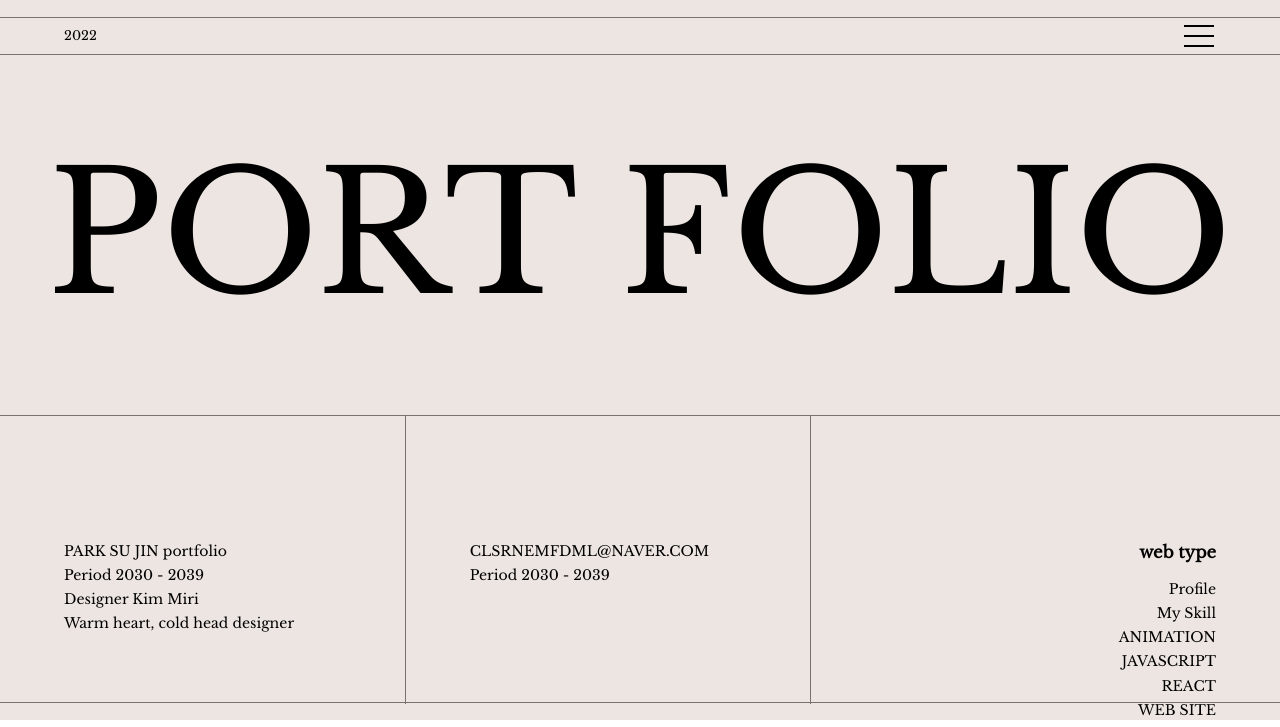
Repository: clsrnemfdml/portfolio_parksj_versiton1
Page: index.html
These files come from the project's save history. The page is drawn as it stood at one moment and after the next save; the edit follows.
The browser window is 1280 px wide. The pictures show the whole page.

Above is the page before, as saved 2021-09-07 07:26:43.

### index.html
<!DOCTYPE html>
<html lang="en">
<head>
    <meta charset="UTF-8">
    <meta http-equiv="X-UA-Compatible" content="IE=edge">
    <meta name="viewport" content="width=device-width, initial-scale=1.0">
    <title>parkjs portfolio</title>
    <meta name="descripsion" content="박수진의 포트폴리오 입니다.">
    <link rel="stylesheet" href="css/reset.css">
    <link rel="stylesheet" href="css/index.css">
    <style> @import url('https://fonts.googleapis.com/css2?family=Libre+Baskerville&display=swap');</style>
    <script src="js/index.js"></script>

</head>
<body>
    <div id="wrap">
        <section id="section1">
            <div class="wrap_portFolio">
                <div class="menu">
                    <p>2022</p>
                    <span>
                    </span>
                </div>
                <div class="content">
                    <h6>PORT FOLIO</h6>
                </div>
                <div class="content_bottom">
                    <div class="rsum1">
                        <p>PARK SU JIN portfolio</p>
                        <p>Period  2030 - 2039</p>
                        <p>Designer   Kim Miri</p>
                        <p>Warm heart, cold head designer</p>
                    </div>
                    <div class="rsum2">
                        <p>CLSRNEMFDML@NAVER.COM</p>
                        <p>Period  2030 - 2039</p>
                    </div>
                    <div class="rsum3">
                        <p class="fitst_write">web type</p>
                        <p>Profile</p>
                        <p>My Skill</p>
                        <p>ANIMATION</p>
                        <p>JAVASCRIPT</p>
                        <p>REACT</p>
                        <p>WEB SITE</p>

                    </div>
                </div>
            </div>

        </section>
    </div>

</body>
</html>

### css/index.css


#wrap{width: 100%; height: auto;}




/*section1 */
#wrap #section1{height: 100vh; width: 100%; background: #ECE5E1;
    font-family: 'Libre Baskerville', serif; position: relative;}

#wrap #section1 .wrap_portFolio{
    width: 100%;
    height: 95vh;
    position: absolute;
    top: 50%;
    transform: translateY(-50%);
    border-bottom: 1px solid #767371;
    border-top: 1px solid #767371;
}

#wrap #section1 .menu{
    width: 100%;
    height: 5vh;
    border-bottom: 1px solid #767371;
    position: relative;
    font-size: 1vw;

}
#wrap #section1 .menu p{
    padding-left: 5%;
    position: absolute;
    top: 50%;
    transform: translateY(-50%);
}
#wrap #section1 .menu span{
    display: block;
    position: absolute;
    right: 4%;
    top: 50%;
    transform: translate(-50%, -50%);
    width: 30px;
    height: 2px;
    background: rgb(0, 0, 0);
    float: right;
}
    #wrap #section1 .menu span::before{
    content: '';
    width: 30px;
    height: 2px;
    background: rgb(0, 0, 0);
    position: absolute;
    left: 0;
    bottom: 10px;
    transform: rotate(0deg);
    transition-duration: .3s;
}
    #wrap #section1 .menu span::after{
        content: '';
        width: 30px;
        height: 2px;
        background: rgb(0, 0, 0);
        position: absolute;
        left: 0;
        top: 10px;
        transform: rotate(0deg);
        transition-duration: .3s;
    }

    #wrap #section1 .content{
        height: 50vh;
        position: relative;
        width: 100%;
        font-size: 13vw;
        text-align: center;
        border-bottom: 1px solid #767371;


    }
    #wrap #section1 .content h6{
        position: absolute;
        width: 100%;
        top: 50%;
        left: 50%;
        transform: translate(-50% , -50%);
        font-weight: 300;
    }

    #wrap #section1 .content_bottom{
        width: 100%;
        height: 40vh;
        position: absolute;
        display: flex;
    }


    #wrap #section1 .content_bottom > div{
        width: 33.333%;
        height: auto;
        font-size: 1.1vw;
        padding-left: 5%;
        padding-top: 10%;

    }
    #wrap #section1 .content_bottom > div p{
        padding-bottom: 10px;
    }

    #wrap #section1 .content_bottom .rsum1{
        border-right: 1px solid #767371;

    }
    #wrap #section1 .content_bottom .rsum2{
        border-right: 1px solid #767371;
    }

    #wrap #section1 .content_bottom .rsum3{
    padding-right: 5%;
    }

    #wrap #section1 .content_bottom .rsum3 p{
        text-align: right;
    }
    #wrap #section1 .content_bottom .rsum3 .fitst_write{
        font-weight: bold;
        font-size: 1.3vw;
        padding-bottom: 3vh;
    }

Loaded but not shown: css/reset.css (common file); js/index.js (no stored copy; drawn as an empty file)

After the next save:
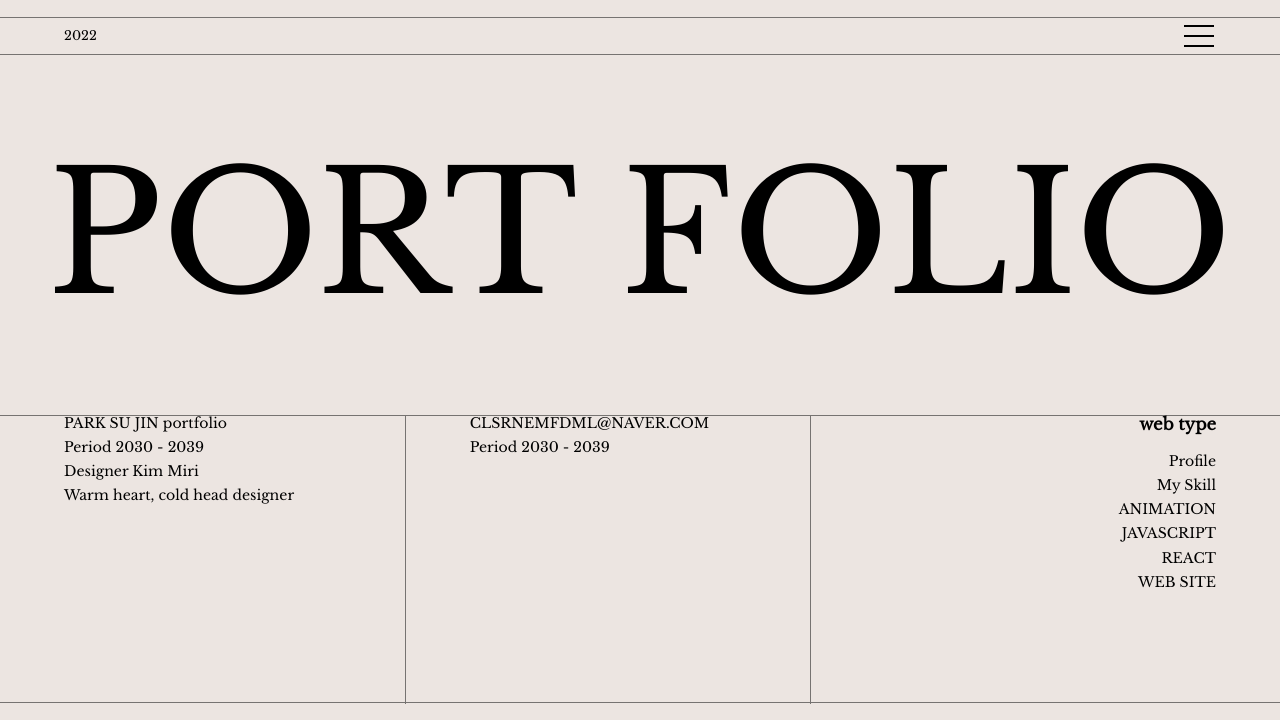
Saved 21 s later.
--- a/css/index.css
+++ b/css/index.css
@@ -99,7 +99,6 @@
         height: auto;
         font-size: 1.1vw;
         padding-left: 5%;
-        padding-top: 10%;
 
     }
     #wrap #section1 .content_bottom > div p{
